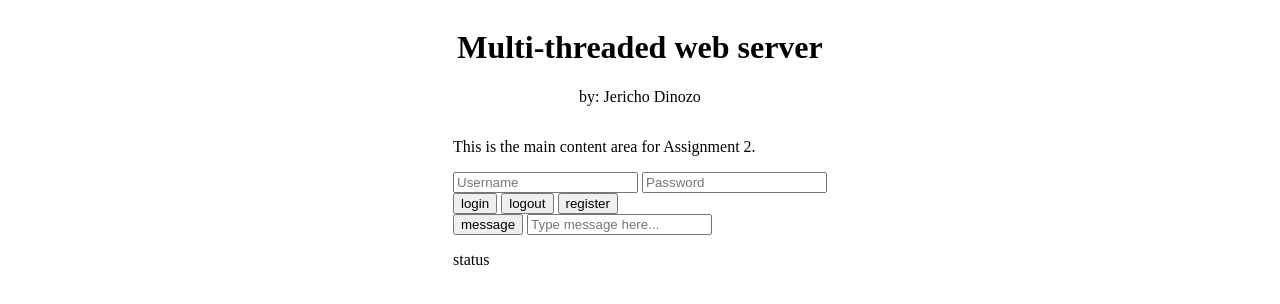
Repository: jerichodinozo/Multi-Threaded-Web-Server-Chat-Room
Page: static/index.html
The author's editor kept a copy of each file at every save. The page is drawn from the files as they stood at one save, then again after the next save.
The browser window is 1280 px wide. The pictures show the whole page.
The page's requests for data from a server got no answer.

Above is the page before, as saved 2025-11-10 11:02:40.

After the next save:
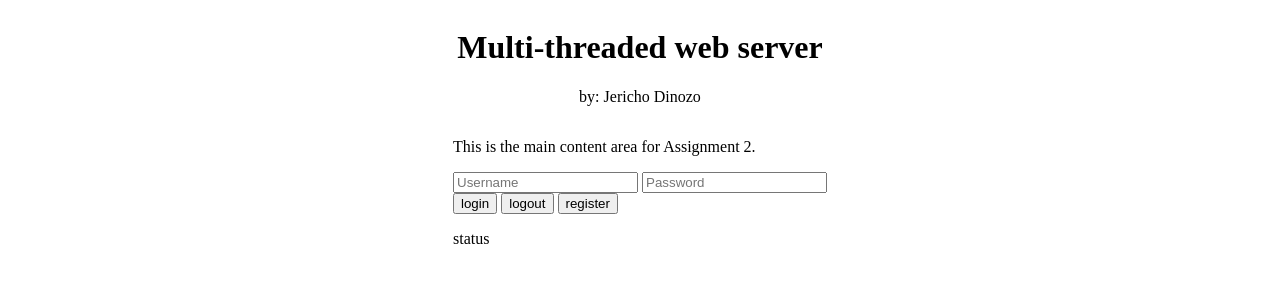
Console error: TypeError: Cannot read properties of null (reading 'addEventListener')
Saved 103 s later.
--- a/static/index.html
+++ b/static/index.html
@@ -32,8 +32,6 @@
 
             </div>
         </div>
-            <button type="button" id="message-button">message</button>
-            <input type="text" id="msg-field" placeholder="Type message here...">
         </div>
         <p id="status">status</p>
     </main>

After the save that followed:
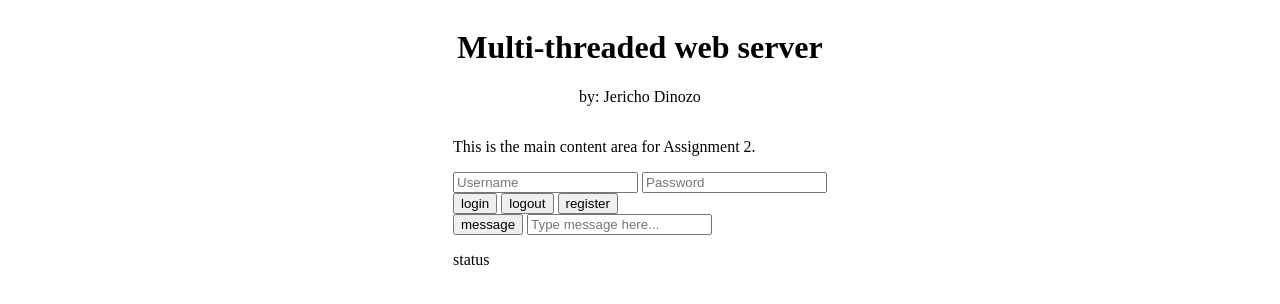
The error is gone.
Saved 4 s later.
--- a/static/index.html
+++ b/static/index.html
@@ -31,6 +31,8 @@
                                         overflow-y:scroll;">
 
             </div>
+            <button type="button" id="message-button">message</button>
+            <input type="text" id="msg-field" placeholder="Type message here...">
         </div>
         </div>
         <p id="status">status</p>
